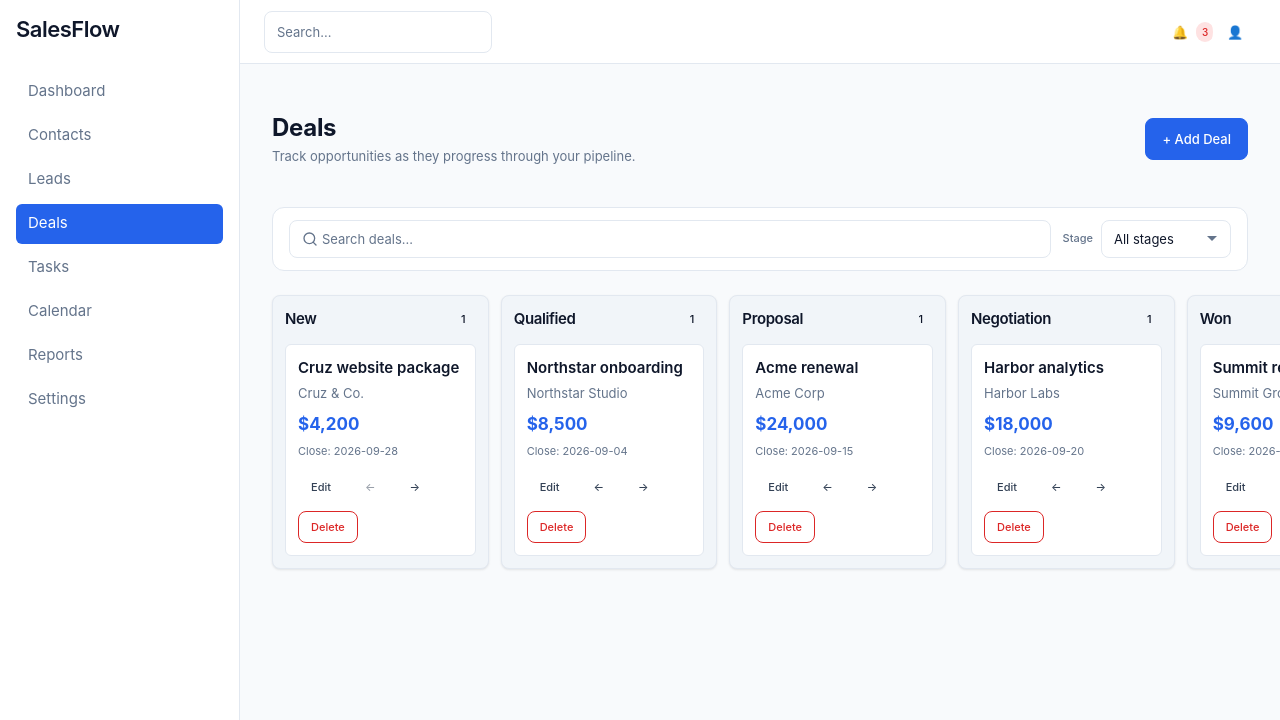
Repository: lawrencegonzaga-dev/salesflow-crm
Page: /deals
An editor plug-in stored every save of this project. The page is shown before and after the next save, followed by the edit.
The browser window is 1280 px wide. The pictures show the whole page.
The project was rebuilt for these pictures with package versions that can differ from the ones it lists, and the page was loaded fresh each time. Also part of the build but not shown: vite.config.js, src/components/StatCard.jsx, src/components/DashboardLeads.jsx, src/components/DashboardDeals.jsx, src/components/DashboardTasks.jsx, src/components/RecentActivity.jsx, src/pages/Dashboard.jsx, src/components/ContactForm.jsx and 25 more.

Above is the page before, as saved 2026-08-18 00:20:06.

After the next save:
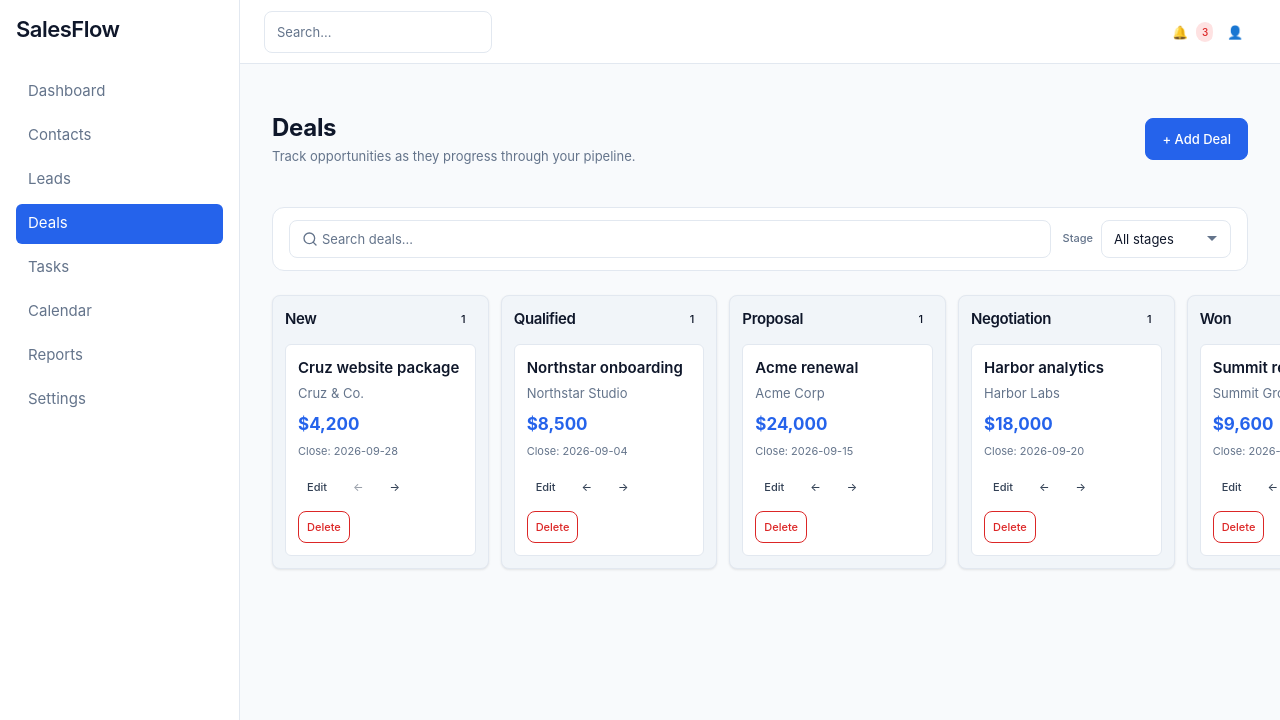
Saved 26 s later.
--- a/src/styles/components/kanban.css
+++ b/src/styles/components/kanban.css
@@ -99,7 +99,7 @@
 
 .deal-card .row-actions button {
   min-height: 32px;
-  padding: 8px 12px;
+  padding: 6px 8px;
   white-space: nowrap;
 }
 
